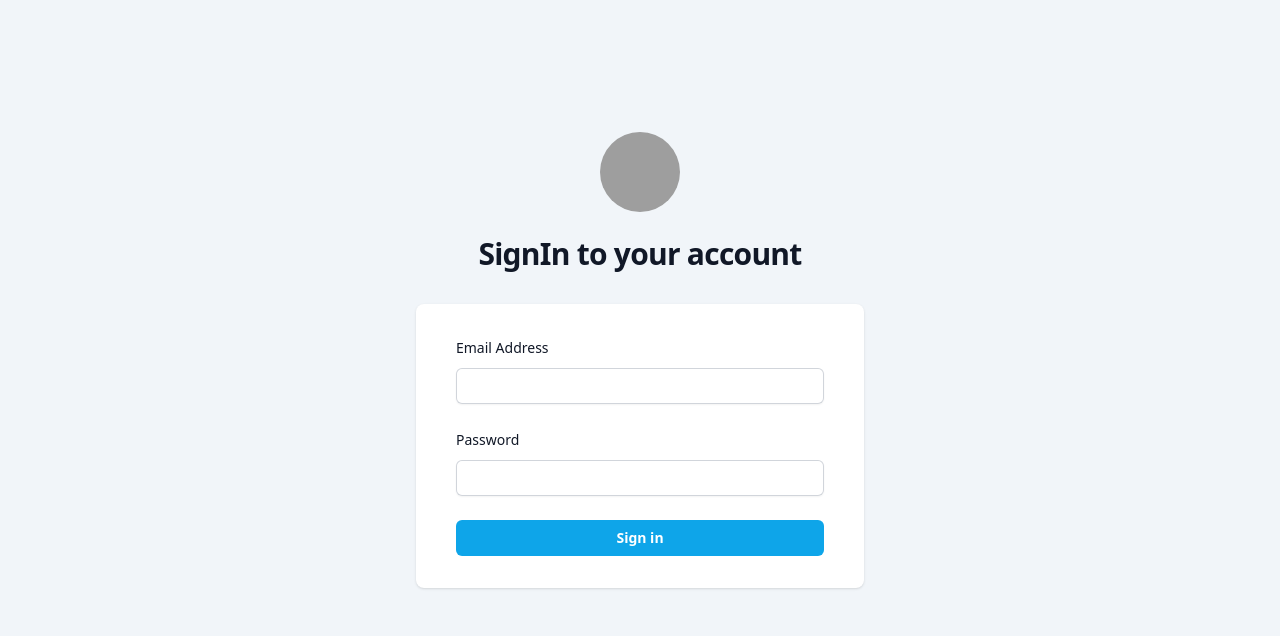
Repository: zecht12/zechtchat
Page: /
These files come from the project's save history. The page is drawn as it stood at one moment and after a run of saves; the edit follows.
The browser window is 1280 px wide. The pictures show the whole page.
Pictures or frames that could not be fetched are drawn as grey boxes. The page's requests for data from a server got no answer. The project was rebuilt for these pictures with package versions that can differ from the ones it lists, and the page was loaded fresh each time. The framework's server and built-in components were replaced by stand-ins that run in the browser. No one was signed in, and anything a server would have sent is missing. Also part of the build but not shown: next.config.js.

Above is the page before, as saved 2023-05-15 10:01:45.

### app/layout.tsx
import './globals.css'
import AuthContext from './context/AuthContext'

export const metadata = {
  title: 'ZechtChat',
  description: 'ZechtChat',
}

export default function RootLayout({
  children,
}: {
  children: React.ReactNode
}) {
  return (
    <html lang="en">
      <body>
        <AuthContext>
          {children}
        </AuthContext>
      </body>
    </html>
  )
}

### app/(site)/page.tsx
import Image from "next/image";
import Link from "next/link";
import { AuthForm } from "./components/AuthForm";

export default function Home() {
  return (
    <div className="flex min-h-full bg-slate-100 flex-col justify-center py-12 sm:px-6 lg:px-8">
      <div className="sm:mx-auto sm:w-full sm:max-w-md">
        <Link href="/">
          <Image src="/assets/logo.png" alt="logo" width={100} height={100} className="rounded-full w-[80px] mx-auto h-[80px] cursor-pointer hover:scale-110 " />
          <h2 className="mt-6 text-center font-bold text-3xl tracking-tight text-gray-900">
            SignIn to your account
          </h2>
        </Link>
      </div>
      <AuthForm/>
    </div>
  )
}

### app/globals.css
@tailwind base;
@tailwind components;
@tailwind utilities;

html,body,:root{
  height: 100%;
}

### app/context/AuthContext.tsx
"use client";

import { SessionProvider } from "next-auth/react";

export interface AuthContextProps {
    children: React.ReactNode;
}

export default function AuthContext({
    children
}: AuthContextProps) {
    return <SessionProvider>{children}</SessionProvider>;
}

### app/(site)/components/AuthForm.tsx
'use client';

import { signIn, useSession } from 'next-auth/react'
import { useRouter } from 'next/router';
import { FieldValues, SubmitHandler, useForm } from 'react-hook-form';
import React, { useCallback, useEffect, useState } from 'react'
import axios from 'axios';
import { toast } from "react-hot-toast";
import Input from '@/app/components/inputs/Input';
import Button from '@/app/components/Button';

type Variant = 'LOGIN' | 'REGISTER';

export const AuthForm = () => {
    const session = useSession();
    const router = useRouter();
    const [variant, setVariant] = useState<Variant>('LOGIN');
    const [isLoading, setIsLoading] = useState(false);

    useEffect(() => {
        if (session?.status === 'authenticated') {
            router.push('/conversations')
        }
    }, [session?.status, router]);

    const toggleVariant = useCallback(() => {
        if (variant === 'LOGIN') {
            setVariant('REGISTER');
        } else {
            setVariant('LOGIN');
        }
    }, [variant]);

        const {register,handleSubmit,formState: {errors,}} = useForm<FieldValues>({
            defaultValues: {
                name: '',
                email: '',
                password: ''
            }
        });

        const onSubmit: SubmitHandler<FieldValues> = (data) => {
            setIsLoading(true);
            if (variant === 'REGISTER') {
            axios.post('/api/register', data)
            .then(() => signIn('credentials', {
                ...data,
                redirect: false,
            }))
            .then((callback) => {
                if (callback?.error) {
                toast.error('Invalid credentials!');
                }
                if (callback?.ok) {
                router.push('/conversations')
                }
            })
            .catch(() => toast.error('Something went wrong!'))
            .finally(() => setIsLoading(false))
            }
            if (variant === 'LOGIN') {
            signIn('credentials', {
                ...data,
                redirect: false
            })
            .then((callback) => {
                if (callback?.error) {
                toast.error('Invalid credentials!');
                }
                if (callback?.ok) {
                router.push('/conversations')
                }
            })
            .finally(() => setIsLoading(false))
            }
        }

        const socialAction = (action: string) => {
            setIsLoading(true);
            signIn(action, { redirect: false })
            .then((callback) => {
                if (callback?.error) {
                toast.error('Invalid credentials!');
                }
                if (callback?.ok) {
                router.push('/conversations')
                }
            })
            .finally(() => setIsLoading(false));
        }

    return (
        <div className='mt-8 sm:mx-auto sm:w-full sm:max-w-md'>
            <div className='bg-white px-4 py-8 shadow sm:rounded-lg sm:px-10'>
                <form className='space-y-6' onSubmit={handleSubmit(onSubmit)}>
                    {variant === 'REGISTER' && (
                        <Input id='name' label='Name' register={register} errors={errors} />
                    )}
                    <Input id='email' label='Email Address' register={register} errors={errors} />
                    <Input id='password' label='Password' register={register} errors={errors} />
                    <div>
                        <Button disabled={isLoading} fullWidth type="submit">
                            {variant === 'LOGIN' ? 'Sign in' : 'Register'}
                        </Button>
                    </div>
                </form>
                <div>

                </div>
            </div>
        </div>
    )
}

### app/components/inputs/Input.tsx
'use client';

import clsx from "clsx";
import { FieldErrors, FieldValues, UseFormRegister } from "react-hook-form";

interface InputProps {
    label: string;
    id: string;
    type?: string;
    required?: boolean;
    register: UseFormRegister<FieldValues>,
    errors: FieldErrors
    disabled?: boolean;
}

const Input: React.FC<InputProps> = ({label,id,register,required,errors,type = 'text',disabled,}) => {
    return (
        <div>
            <label htmlFor={id} className="block text-sm font-medium leading-6 text-gray-900">
                {label}
            </label>
            <div className="mt-2">
                <input id={id} type={type} autoComplete={id}disabled={disabled} {...register(id, { required })}className={clsx(`form-input block w-full rounded-md border-0 py-1.5 text-gray-900 shadow-sm ring-1 ring-inset ring-gray-300 placeholder:text-gray-400 focus:ring-2 focus:ring-inset focus:ring-sky-600 sm:text-sm sm:leading-6`, errors[id] && 'focus:ring-rose-500', disabled && 'opacity-50 cursor-default')}/>
            </div>
        </div>
    );
}

export default Input;

### app/components/Button.tsx
import clsx from "clsx";

interface ButtonProps {
    type?: "button" | "submit" | "reset" | undefined;
    fullWidth?: boolean;
    children?: React.ReactNode;
    onClick?: () => void;
    secondary?: boolean;
    danger?: boolean;
    disabled?: boolean;
}

const Button: React.FC<ButtonProps> = ({type = "button",fullWidth,children,onClick,secondary,danger,disabled,}) => {
    return (
        <button onClick={onClick} type={type} disabled={disabled} className={clsx(`flex justify-center rounded-md px-3 py-2 text-sm font-semibold focus-visible:outline focus-visible:outline-2 focus-visible:outline-offset-2 `,disabled && 'opacity-50 cursor-default',fullWidth && 'w-full',secondary ? 'text-gray-900' : 'text-white',danger && 'bg-rose-500 hover:bg-rose-600 focus-visible:outline-rose-600',!secondary && !danger && 'bg-sky-500 hover:bg-sky-600 focus-visible:outline-sky-600')}>
            {children}
        </button>
    );
}

export default Button;

### tailwind.config.js
/** @type {import('tailwindcss').Config} */
module.exports = {
  content: [
    './pages/**/*.{js,ts,jsx,tsx,mdx}',
    './components/**/*.{js,ts,jsx,tsx,mdx}',
    './app/**/*.{js,ts,jsx,tsx,mdx}',
  ],
  theme: {
    extend: {},
  },
  plugins: [
    require("@tailwindcss/forms")({
      strategy: 'class'
    })
  ],
}

Loaded but not shown: app/(site)/layout.tsx (common file)

After the next 2 saves:
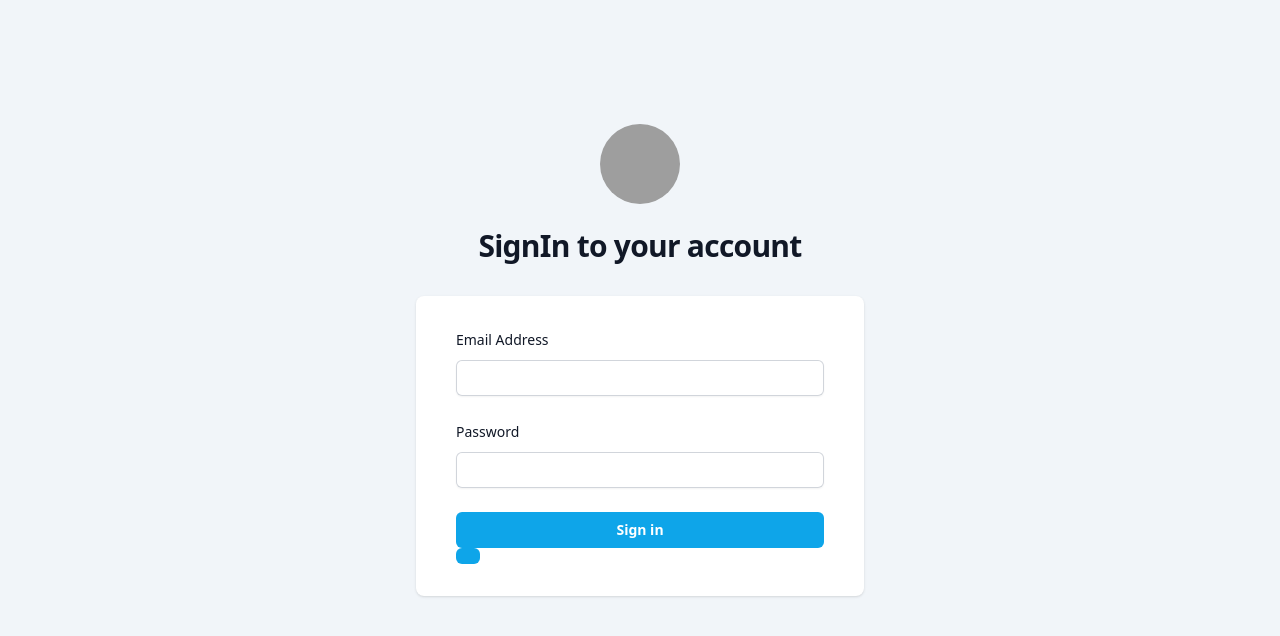
The 2 saves are shown as one change because they came seconds apart.
The last was saved 10 s later.
--- a/app/(site)/components/AuthForm.tsx
+++ b/app/(site)/components/AuthForm.tsx
@@ -105,7 +105,9 @@ export const AuthForm = () => {
                     </div>
                 </form>
                 <div>
+                    <Button>
 
+                    </Button>
                 </div>
             </div>
         </div>
